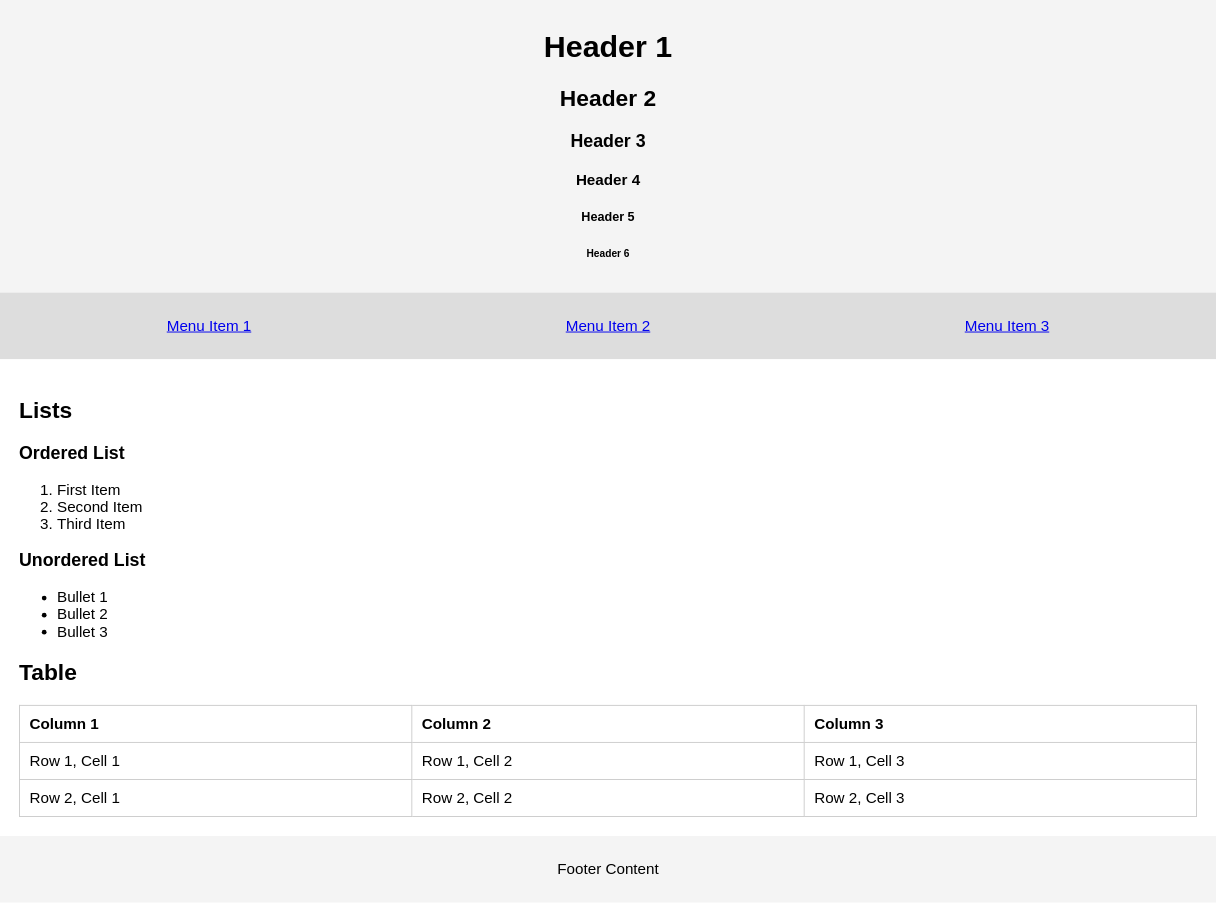
Repository: AnnaSpirit/2025_
Page: Bases/Base.html
An editor plug-in stored every save of this project. The page is shown before and after the next save, followed by the edit.
The browser window is 1280 px wide. The pictures show the whole page, at 95% of full size.

Above is the page before, as saved 2025-01-09 10:47:59.
Not found: Bases/script.js
Not found: Bases/styles.css

After the next save:
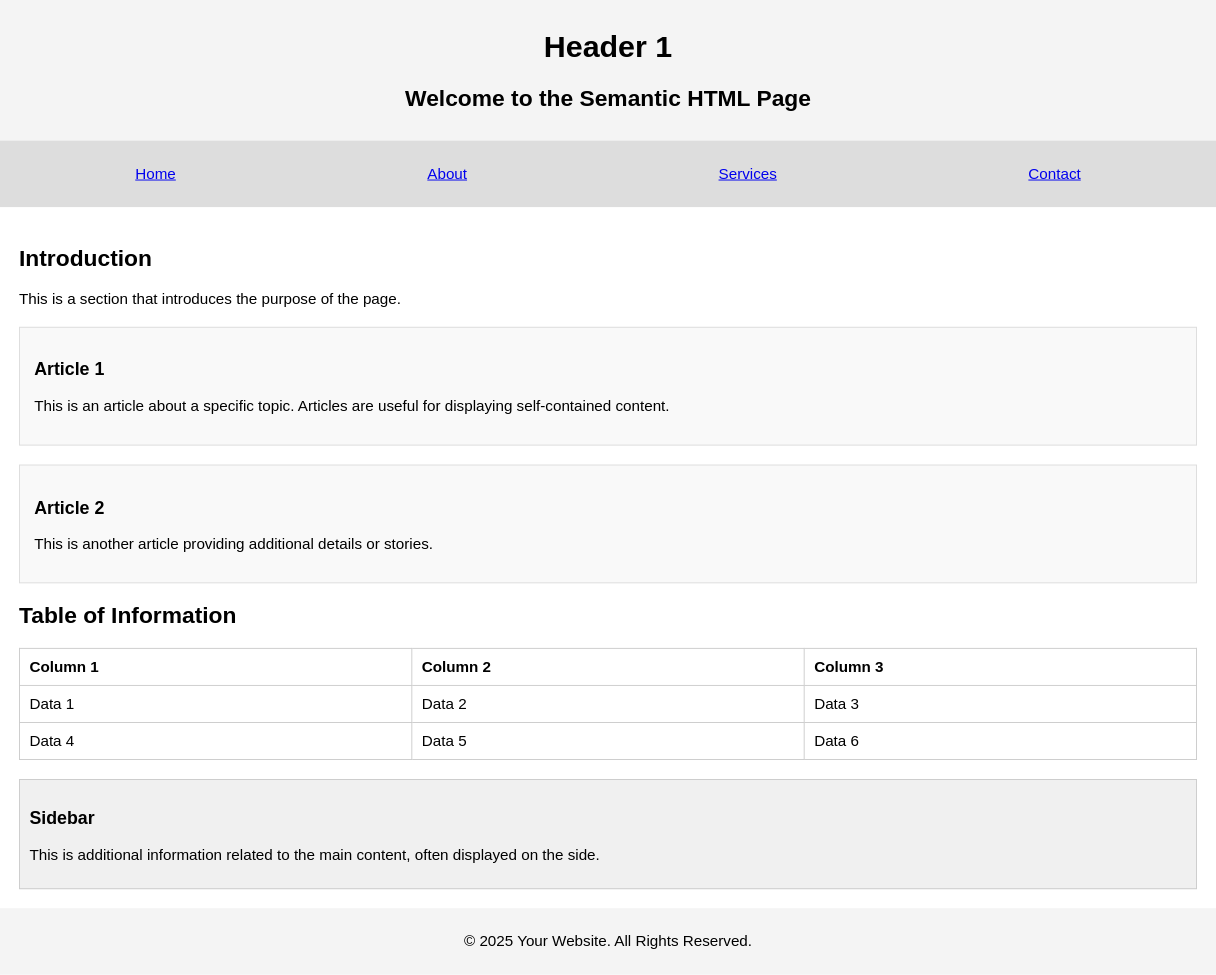
Saved 8 min 27 s later.
--- a/Bases/Base.html
+++ b/Bases/Base.html
@@ -1,22 +1,18 @@
 <!DOCTYPE html>
-<html lang="en"> <!-- Définit le type de document et la langue de la page (affecte le SEO et l'accessibilité) -->
+<html lang="en"> <!-- Définit le type de document et la langue de la page -->
 
 <head>
-	<meta charset="UTF-8"> <!-- Spécifie l'encodage des caractères pour supporter tous les caractères spéciaux -->
-	<meta name="viewport" content="width=device-width, initial-scale=1.0">
-	<!-- Assure une mise en page adaptée aux différents écrans, notamment mobiles -->
-	<meta http-equiv="X-UA-Compatible" content="IE=edge">
-	<!-- Force le mode d'affichage le plus récent sur Internet Explorer -->
-	<meta name="description" content="A comprehensive HTML structure template">
-	<!-- Fournit une description pour les moteurs de recherche -->
-	<meta name="keywords" content="HTML, template, complete structure">
-	<!-- Liste des mots-clés pour améliorer le référencement -->
-	<meta name="author" content="Your Name"> <!-- Indique l'auteur du document -->
-	<title>Base HTML Structure</title> <!-- Définit le titre de la page qui apparaît dans l'onglet du navigateur -->
-	<link rel="stylesheet" href="styles.css"> <!-- Lien vers une feuille de style externe pour la mise en page -->
-	<link rel="icon" type="image/png" href="favicon.png"> <!-- Icône affichée dans l'onglet du navigateur -->
+	<meta charset="UTF-8"> <!-- Spécifie l'encodage des caractères -->
+	<meta name="viewport" content="width=device-width, initial-scale=1.0"> <!-- Mise en page responsive -->
+	<meta http-equiv="X-UA-Compatible" content="IE=edge"> <!-- Compatibilité IE -->
+	<meta name="description" content="A comprehensive HTML structure template with semantic elements">
+	<!-- Description pour SEO -->
+	<meta name="keywords" content="HTML, template, semantic structure"> <!-- Mots-clés SEO -->
+	<meta name="author" content="Your Name"> <!-- Auteur du document -->
+	<title>Base HTML Structure with Semantics</title> <!-- Titre affiché dans l'onglet du navigateur -->
+	<link rel="stylesheet" href="styles.css"> <!-- Lien vers une feuille de style externe -->
+	<link rel="icon" type="image/png" href="favicon.png"> <!-- Icône de la page -->
 	<style>
-		/* Définit le style par défaut de la page */
 		body {
 			font-family: Arial, sans-serif;
 			margin: 0;
@@ -26,130 +22,139 @@
 		header,
 		footer {
 			background-color: #f4f4f4;
-			/* Couleur de fond pour l'en-tête et le pied de page */
 			padding: 10px;
 			text-align: center;
 		}
 
 		nav {
 			background-color: #ddd;
-			/* Couleur de fond pour le menu de navigation */
 			padding: 10px;
 		}
 
 		nav ul {
 			list-style: none;
-			/* Supprime les puces de la liste */
 			padding: 0;
 			display: flex;
 			justify-content: space-around;
-			/* Aligne les éléments horizontalement */
 		}
 
 		nav ul li {
 			margin: 0 10px;
-			/* Espacement entre les éléments du menu */
 		}
 
 		main {
 			padding: 20px;
-			/* Ajoute un espace autour du contenu principal */
+		}
+
+		article {
+			margin-bottom: 20px;
+			padding: 15px;
+			background-color: #f9f9f9;
+			border: 1px solid #ddd;
+		}
+
+		section {
+			margin-bottom: 20px;
+		}
+
+		aside {
+			background-color: #f0f0f0;
+			padding: 10px;
+			border: 1px solid #ccc;
 		}
 
 		table {
 			width: 100%;
-			/* Table prend toute la largeur de son conteneur */
 			border-collapse: collapse;
-			/* Supprime les espaces entre les bordures */
 		}
 
 		table,
 		th,
 		td {
 			border: 1px solid #ccc;
-			/* Ajoute des bordures aux tableaux et cellules */
 		}
 
 		th,
 		td {
 			padding: 10px;
-			/* Ajoute un espacement interne dans les cellules */
 			text-align: left;
-			/* Aligne le contenu des cellules à gauche */
 		}
 	</style>
-	<script src="script.js" defer></script> <!-- Lien vers un script JavaScript externe, chargé après le rendu HTML -->
 </head>
 
 <body>
 
 	<!-- Header Section -->
 	<header>
-		<h1>Header 1</h1> <!-- Plus grand titre, affiché en haut de l'en-tête -->
-		<h2>Header 2</h2> <!-- Deuxième niveau de titre -->
-		<h3>Header 3</h3>
-		<h4>Header 4</h4>
-		<h5>Header 5</h5>
-		<h6>Header 6</h6> <!-- Plus petit titre disponible -->
+		<h1>Header 1</h1>
+		<h2>Welcome to the Semantic HTML Page</h2>
 	</header>
 
 	<!-- Navigation Menu -->
 	<nav>
 		<ul>
-			<li><a href="#">Menu Item 1</a></li> <!-- Lien de navigation vers une section ou page -->
-			<li><a href="#">Menu Item 2</a></li>
-			<li><a href="#">Menu Item 3</a></li>
+			<li><a href="#">Home</a></li>
+			<li><a href="#">About</a></li>
+			<li><a href="#">Services</a></li>
+			<li><a href="#">Contact</a></li>
 		</ul>
 	</nav>
 
 	<!-- Main Content -->
 	<main>
+		<!-- Section 1 -->
 		<section>
-			<h2>Lists</h2> <!-- Sous-section dédiée aux listes -->
-			<h3>Ordered List</h3> <!-- Titre pour une liste ordonnée -->
-			<ol>
-				<li>First Item</li> <!-- Élément numéroté -->
-				<li>Second Item</li>
-				<li>Third Item</li>
-			</ol>
-
-			<h3>Unordered List</h3> <!-- Titre pour une liste non ordonnée -->
-			<ul>
-				<li>Bullet 1</li> <!-- Élément avec une puce -->
-				<li>Bullet 2</li>
-				<li>Bullet 3</li>
-			</ul>
+			<h2>Introduction</h2>
+			<p>This is a section that introduces the purpose of the page.</p>
 		</section>
 
+		<!-- Articles -->
+		<article>
+			<h3>Article 1</h3>
+			<p>This is an article about a specific topic. Articles are useful for displaying self-contained content.</p>
+		</article>
+
+		<article>
+			<h3>Article 2</h3>
+			<p>This is another article providing additional details or stories.</p>
+		</article>
+
+		<!-- Table Section -->
 		<section>
-			<h2>Table</h2> <!-- Sous-section dédiée aux tableaux -->
+			<h2>Table of Information</h2>
 			<table>
 				<thead>
 					<tr>
-						<th>Column 1</th> <!-- En-tête de colonne -->
+						<th>Column 1</th>
 						<th>Column 2</th>
 						<th>Column 3</th>
 					</tr>
 				</thead>
 				<tbody>
 					<tr>
-						<td>Row 1, Cell 1</td> <!-- Première ligne du tableau -->
-						<td>Row 1, Cell 2</td>
-						<td>Row 1, Cell 3</td>
+						<td>Data 1</td>
+						<td>Data 2</td>
+						<td>Data 3</td>
 					</tr>
 					<tr>
-						<td>Row 2, Cell 1</td> <!-- Deuxième ligne du tableau -->
-						<td>Row 2, Cell 2</td>
-						<td>Row 2, Cell 3</td>
+						<td>Data 4</td>
+						<td>Data 5</td>
+						<td>Data 6</td>
 					</tr>
 				</tbody>
 			</table>
 		</section>
+
+		<!-- Sidebar -->
+		<aside>
+			<h3>Sidebar</h3>
+			<p>This is additional information related to the main content, often displayed on the side.</p>
+		</aside>
 	</main>
 
 	<!-- Footer Section -->
 	<footer>
-		<p>Footer Content</p> <!-- Texte affiché en bas de la page -->
+		<p>&copy; 2025 Your Website. All Rights Reserved.</p>
 	</footer>
 
 </body>
